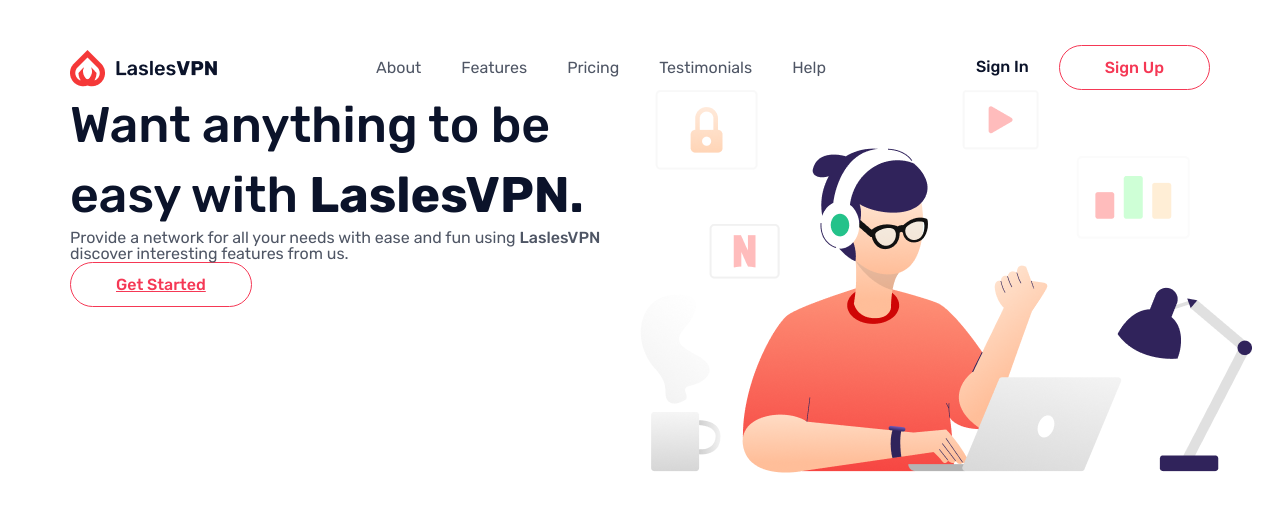
Repository: nafiesallahu/beetroot-fe-g1
Page: Homework10/index.html
The author's editor kept a copy of each file at every save. The page is drawn from the files as they stood at one save, then again after the next save.
The browser window is 1280 px wide. The pictures show the whole page.

Above is the page before, as saved 2021-01-27 19:25:36.

After the next save:
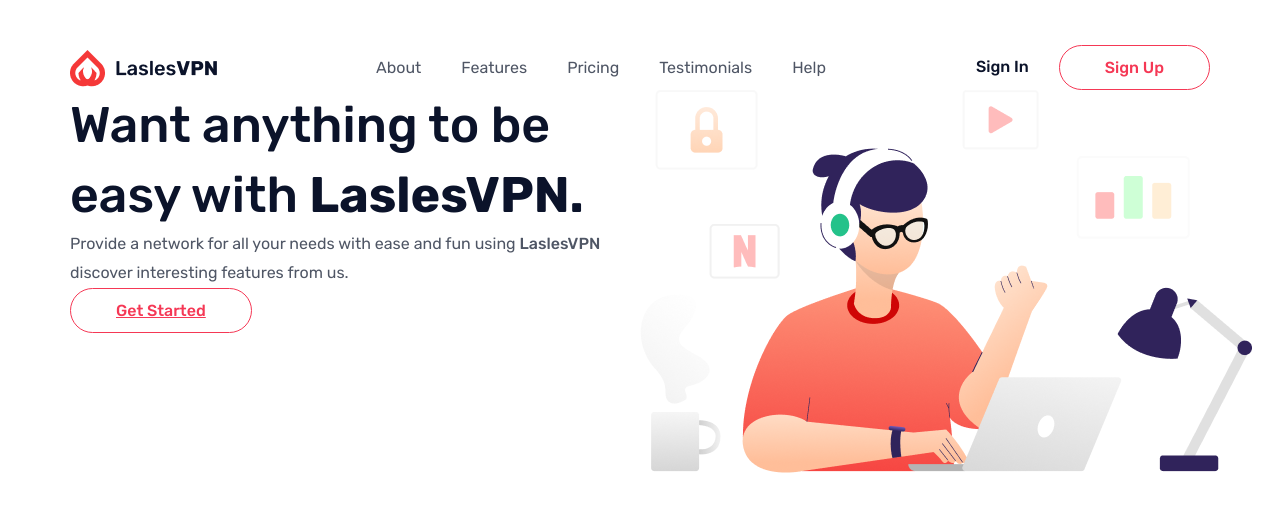
Saved 11 s later.
--- a/Homework10/styles/style.css
+++ b/Homework10/styles/style.css
@@ -132,7 +132,7 @@
 .hero__text p {
   font-size: 16px;
   color: #4F5665;
-
+  line-height: 1.8em;
 }
 .hero__text h1 span {
   font-weight: bold;
